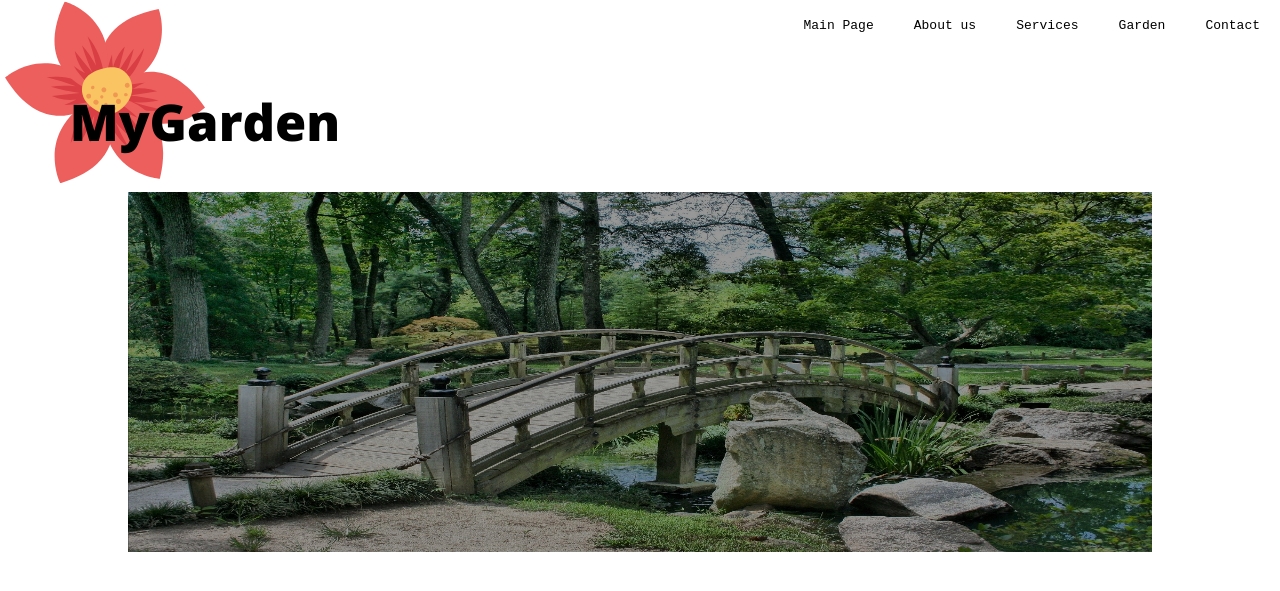
Repository: PatryxB/garden
Page: http://localhost/
An editor plug-in stored every save of this project. The page is shown before and after the next save, followed by the edit.
The browser window is 1280 px wide. The pictures show the whole page.
Some web fonts or font styles are not loaded; a fallback is used. The page is served by the project's Laravel application, run on PHP 8.4 with Laravel 8. Style sheets and scripts are compiled from the project's sources, by tool versions that may differ from the author's.

Above is the page before, as saved 2020-05-01 21:38:35.

After the next save:
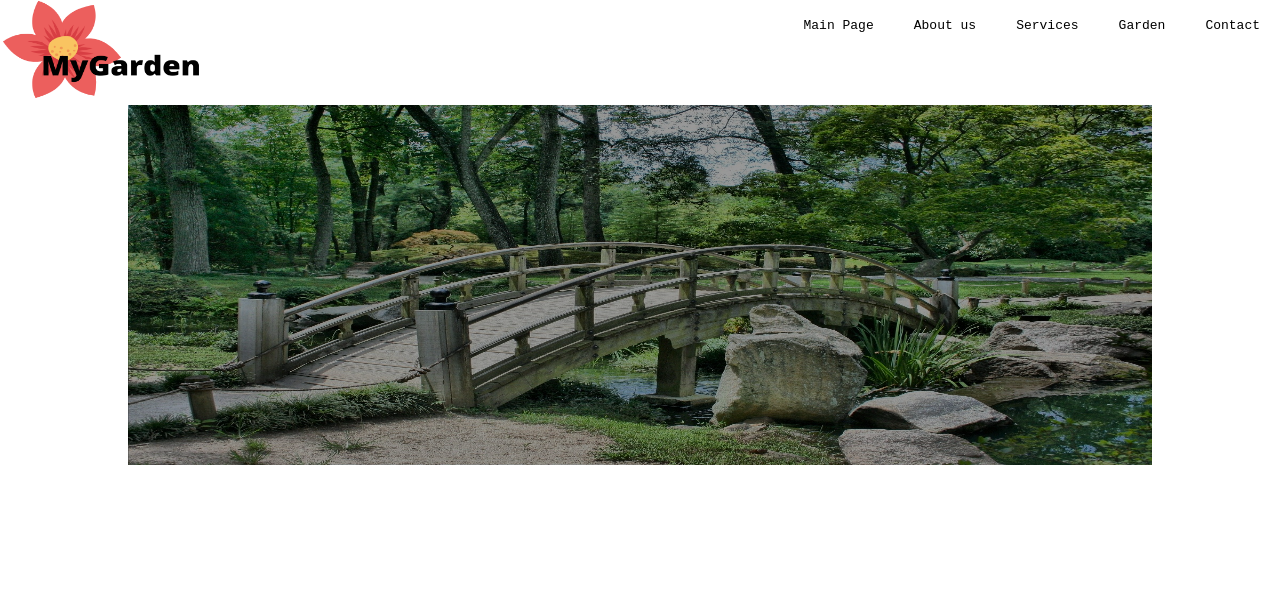
Saved 33 s later.
--- a/resources/views/welcome.blade.php
+++ b/resources/views/welcome.blade.php
@@ -13,7 +13,7 @@
     <body>
 
         <nav>
-            <img src="{{asset('/img/MyGarden.png')}}" alt="">
+            <img src="{{asset('/img/MyGarden.png')}}" width="200" height="100">
             <ul>
                 <li><a href="">Main Page</a></li>
                 <li><a href="">About us</a></li>
